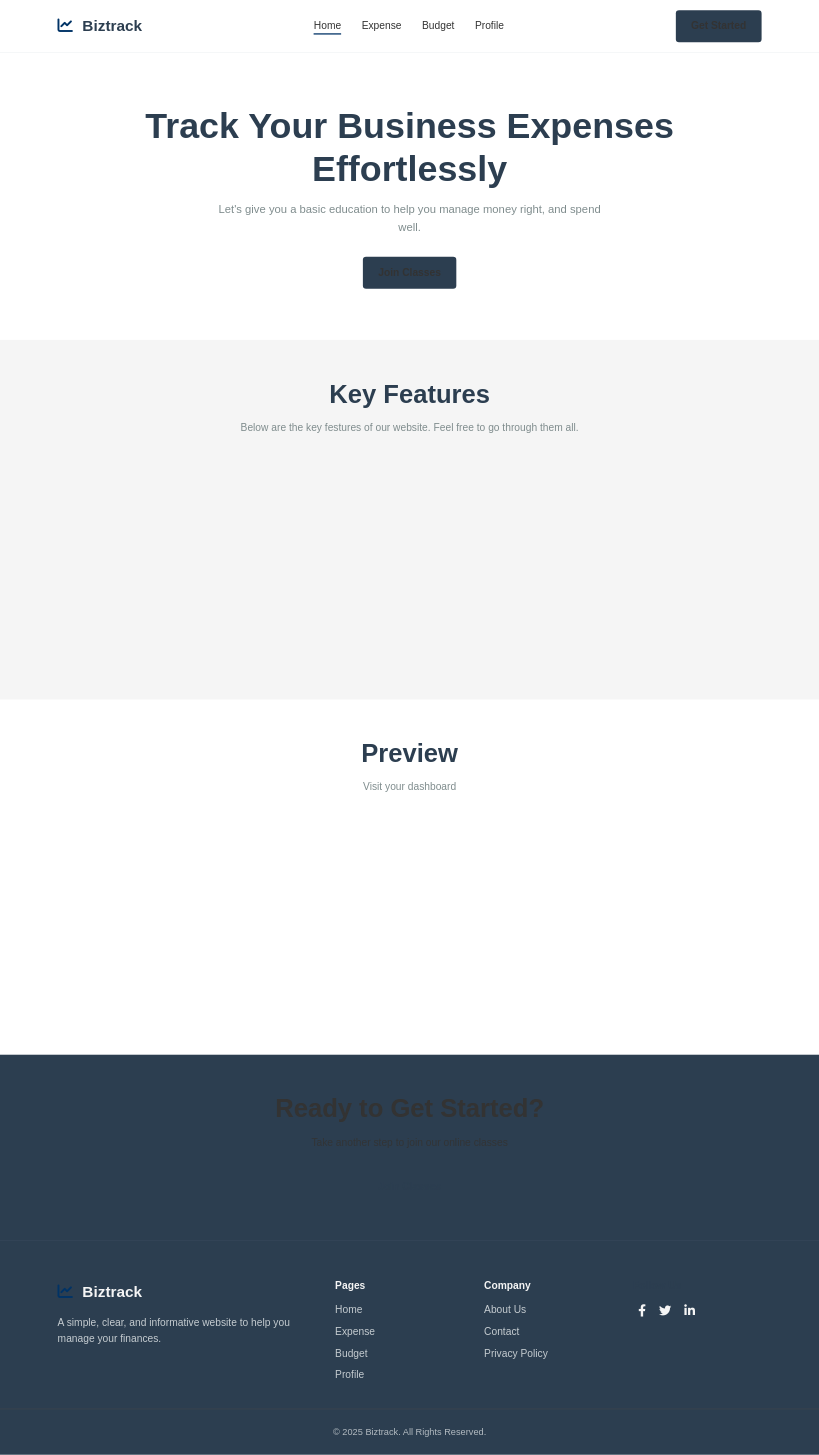
Repository: JoyUdoh106/wdd131
Page: project/index.html
These files come from the project's save history. The page is drawn as it stood at one moment and after a run of saves; the edit follows.
The browser window is 1280 px wide. The pictures show the whole page, at 64% of full size.

Above is the page before, as saved 2025-08-10 19:22:50.
Console error: TypeError: Cannot set properties of null (setting 'textContent')

### project/index.html
<!DOCTYPE html>
<html lang="en">
<head>
    <meta charset="UTF-8">
    <meta name="viewport" content="width=device-width, initial-scale=1.0">
    <title>BIZTRACK - Track Expense and Budget - HOME PAGE</title>
    <meta name="description" content="An informational website on tracking expenses and making budgets - Home page">
    <meta name="author" content="Joy Paulinus Udoh">

    <link rel="stylesheet" href="styles/project.css">
    <script src="scripts/project.js" defer></script>
    <link rel="stylesheet" href="styles/project-large.css">
    <link rel="stylesheet" href="https://cdnjs.cloudflare.com/ajax/libs/font-awesome/6.4.0/css/all.min.css">

    <link rel="preconnect" href="https://fonts.googleapis.com">
    <link rel="preconnect" href="https://fonts.gstatic.com" crossorigin>
    <link href="https://fonts.googleapis.com/css2?family=Merriweather:wght@300;400&family=Roboto:ital,wght@0,100..900;1,100..900&display=swap" rel="stylesheet">
</head>
<body>
    <header>
        <div class="container header-container">
            <a href="index.html" class="logo"><i class="fas fa-chart-line"></i> Biztrack</a>
            <nav class="main-nav">
                <ul class="nav-links">
                    <li><a href="index.html" class="nav-link active">Home</a></li>
                    <li><a href="expense.html" class="nav-link">Expense</a></li>
                    <li><a href="budget.html" class="nav-link">Budget</a></li>
                    <li><a href="profile.html" class="nav-link">Profile</a></li>
                </ul>
            </nav>
            <a href="#" class="btn btn-primary get-started-btn">Get Started</a>
            <button class="nav-toggle" id="nav-toggle-btn">
                <i class="fas fa-bars"></i>
            </button>
        </div>
    </header>

    <div class="mobile-nav" id="mobile-nav-menu">
        <a href="index.html" class="nav-link active">Home</a>
        <a href="expense.html" class="nav-link">Expense</a>
        <a href="budget.html" class="nav-link">Budget</a>
        <a href="profile.html" class="nav-link">Profile</a>
    </div>

    <main>
        <section class="hero-section">
            <div class="container">
                <h1>Track Your Business Expenses Effortlessly</h1>
                <p>Let's give you a basic education to help you manage money right, and spend well.</p>
                <a href="#" class="btn btn-primary">Join Classes</a>
            </div>
        </section>

        <section class="features-section">
            <div class="container">
                <h2>Key Features</h2>
                <p>Below are the key festures of our website. Feel free to go through them all.</p>
                <div class="features-grid">
                    <div class="feature-card reveal">
                        <i class="fas fa-file-invoice-dollar icon"></i>
                        <h3>Expense Tracking</h3>
                        <p>Learn how to track your expenses, and how you spend money daily, weekly and monthly.</p>
                    </div>
                    <div class="feature-card reveal">
                        <i class="fas fa-wallet icon"></i>
                        <h3>Budget Management</h3>
                        <p>Learn how to set up a budget, types of budget, and common mistakes to avoid while making a budget</p>
                    </div>
                    <div class="feature-card reveal">
                        <i class="fas fa-chart-pie icon"></i>
                        <h3>Analytics Dashboard</h3>
                        <p>Check out the profile page.</p>
                    </div>
                    <div class="feature-card reveal">
                        <i class="fas fa-file-alt icon"></i>
                        <h3>Report Generation</h3>
                        <p>Watch your progress.</p>
                    </div>
                </div>
            </div>
        </section>

        <section class="preview-section">
            <div class="container">
                <h2>Preview</h2>
                <p>Visit your dashboard</p>
                <div class="dashboard-preview reveal">
                    <i class="fas fa-desktop"></i>
                    <p>Dashboard Preview</p>
                </div>
            </div>
        </section>

        <section class="cta-section">
            <div class="container">
                <h2>Ready to Get Started?</h2>
                <p>Take another step to join our online classes</p>
                <a href="#" class="btn btn-light">Join Classes</a>
            </div>
        </section>
    </main>
     <footer>
        <div class="container footer-container">
            <div class="footer-about">
                <a href="index.html" class="logo"><i class="fas fa-chart-line"></i> Biztrack</a>
                <p>A simple, clear, and informative website to help you manage your finances.</p>
            </div>
            <div class="footer-links">
                <h4>Pages</h4>
                <ul>
                    <li><a href="index.html">Home</a></li>
                    <li><a href="expense.html">Expense</a></li>
                    <li><a href="budget.html">Budget</a></li>
                    <li><a href="profile.html">Profile</a></li>
                </ul>
            </div>
            <div class="footer-links">
                <h4>Company</h4>
                <ul>
                    <li><a href="#">About Us</a></li>
                    <li><a href="#">Contact</a></li>
                    <li><a href="#">Privacy Policy</a></li>
                </ul>
            </div>
            <div class="footer-social">
                <h4>Follow Us</h4>
                <div class="social-icons">
                    <a href="https://facebook.com/joypaulinusudoh"><i class="fab fa-facebook-f"></i></a>
                    <a href="https://twitter.com"><i class="fab fa-twitter"></i></a>
                    <a href="https://linkedin.com/in/joypaulinusudoh"><i class="fab fa-linkedin-in"></i></a>
                </div>
            </div>
        </div>
        <div class="footer-bottom">
            <p>&copy; 2025 Biztrack. All Rights Reserved.</p>
        </div>
    </footer>

    <nav class="mobile-bottom-nav">
        <a href="index.html" class="bottom-nav-link active">
            <i class="fas fa-home"></i>
            <span>Home</span>
        </a>
        <a href="expense.html" class="bottom-nav-link">
            <i class="fas fa-file-invoice-dollar"></i>
            <span>Expense</span>
        </a>
        <a href="budget.html" class="bottom-nav-link">
            <i class="fas fa-wallet"></i>
            <span>Budget</span>
        </a>
        <a href="profile.html" class="bottom-nav-link">
            <i class="fas fa-user"></i>
            <span>Profile</span>
        </a>
    </nav>

</body>
</html>

### project/styles/project.css
/* --- General Setup & Variables --- */
:root {
    --primary-color: #003366;
    --dark-color: #2c3e50;
    --light-color: #;
    --text-color: #333333;
    --bg-color: #f5f5f5;
    --grey-color: #7f8c8d;
    --border-color: #ecf0f1;
}

* {
    margin: 0;
    padding: 0;
    box-sizing: border-box;
}

body {
    font-family: 'Poppins', sans-serif;
    color: var(--text-color);
    background-color: var(--light-color);
    line-height: 1.6;
}

.container {
    width: 90%;
    max-width: 1100px;
    margin: 0 auto;
}

a {
    text-decoration: none;
    color: var(--primary-color);
}

ul {
    list-style-type: none;
}

h1, h2, h3, h4 {
    color: var(--dark-color);
    line-height: 1.2;
    margin-bottom: 1rem;
}

h1 { font-size: 2.5rem; }
h2 { font-size: 2rem; }

section {
    padding: 60px 0;
}

.btn {
    display: inline-block;
    padding: 12px 24px;
    border-radius: 5px;
    font-weight: 600;
    transition: background-color 0.3s ease, color 0.3s ease;
    border: none;
    cursor: pointer;
}

.btn-primary {
    background-color: var(--dark-color);
    color: var(--light-color);
}

.btn-primary:hover {
    background-color: #495a6c;
}

.btn-light {
    background-color: var(--light-color);
    color: var(--dark-color);
}
.btn-light:hover {
    background-color: var(--border-color);
}

header {
    background-color: var(--light-color);
    border-bottom: 1px solid var(--border-color);
    padding: 1rem 0;
    position: sticky;
    top: 0;
    z-index: 1000;
}

.header-container {
    display: flex;
    justify-content: space-between;
    align-items: center;
}

.logo {
    font-size: 1.5rem;
    font-weight: 700;
    color: var(--dark-color);
}
.logo i {
    margin-right: 8px;
    color: var(--primary-color);
}

.main-nav { display: none; }
.nav-toggle {
    background: none;
    border: none;
    font-size: 1.5rem;
    color: var(--dark-color);
    cursor: pointer;
}
.get-started-btn { display: none; }

.mobile-nav {
    display: none;
    flex-direction: column;
    background-color: var(--light-color);
    position: fixed;
    top: 65px;
    left: 0;
    width: 100%;
    padding: 1rem 0;
    border-bottom: 1px solid var(--border-color);
    z-index: 999;
}
.mobile-nav.open {
    display: flex;
}
.mobile-nav a {
    padding: 1rem 5%;
    color: var(--dark-color);
    font-weight: 500;
}
.mobile-nav a.active {
    color: var(--primary-color);
    font-weight: 700;
}

.hero-section {
    background-color: var(--light-color);
    text-align: center;
    padding: 80px 0;
}
.hero-section h1 {
    font-size: 2.2rem;
}
.hero-section p {
    max-width: 600px;
    margin: 1rem auto 2rem;
    font-size: 1.1rem;
    color: var(--grey-color);
}

.features-section {
    background-color: var(--bg-color);
    text-align: center;
}
.features-section > .container > p {
    max-width: 600px;
    margin: 0 auto 3rem;
    color: var(--grey-color);
}
.features-grid {
    display: grid;
    grid-template-columns: 1fr;
    gap: 2rem;
}
.feature-card {
    background-color: var(--light-color);
    padding: 2rem;
    border: 1px solid var(--border-color);
    border-radius: 8px;
    text-align: left;
    transition: transform 0.3s ease, box-shadow 0.3s ease;
}
.feature-card:hover {
    transform: translateY(-5px);
    box-shadow: 0 10px 20px rgba(0,0,0,0.05);
}
.feature-card .icon {
    font-size: 2rem;
    color: var(--primary-color);
    background-color: #eaf2fb;
    padding: 1rem;
    border-radius: 50%;
    margin-bottom: 1rem;
    display: inline-block;
}
.feature-card h3 {
    margin-bottom: 0.5rem;
}

.preview-section {
    text-align: center;
}
.preview-section p {
     max-width: 600px;
    margin: 0 auto 3rem;
    color: var(--grey-color);
}
.dashboard-preview {
    background-color: #e9ecef;
    border-radius: 8px;
    padding: 80px 20px;
    display: flex;
    flex-direction: column;
    justify-content: center;
    align-items: center;
    color: var(--grey-color);
}
.dashboard-preview i {
    font-size: 3rem;
    margin-bottom: 1rem;
}

.cta-section {
    background-color: var(--dark-color);
    color: var(--light-color);
    text-align: center;
}
.cta-section h2 { color: var(--light-color); }
.cta-section p {
    margin-bottom: 2rem;
    opacity: 0.9;
}

footer {
    background-color: var(--dark-color);
    color: var(--bg-color);
    padding-top: 60px;
}
.footer-container {
    display: grid;
    grid-template-columns: 1fr;
    gap: 2rem;
    text-align: center;
}
.footer-about .logo { color: var(--light-color); }
.footer-about p {
    margin-top: 1rem;
    color: var(--border-color);
    opacity: 0.8;
}
.footer-links h4 {
    color: var(--light-color);
    margin-bottom: 1rem;
}
.footer-links ul li {
    margin-bottom: 0.5rem;
}
.footer-links a {
    color: var(--border-color);
    opacity: 0.8;
    transition: opacity 0.3s ease;
}
.footer-links a:hover {
    opacity: 1;
}
.social-icons a {
    color: var(--light-color);
    font-size: 1.2rem;
    margin: 0 0.5rem;
    transition: color 0.3s ease;
}
.social-icons a:hover { color: var(--primary-color); }
.footer-bottom {
    text-align: center;
    padding: 1.5rem 0;
    margin-top: 2rem;
    border-top: 1px solid #4a4a4a;
    font-size: 0.9rem;
    color: var(--border-color);
    opacity: 0.7;
}

.mobile-bottom-nav {
    position: fixed;
    bottom: 0;
    left: 0;
    width: 100%;
    background-color: var(--light-color);
    border-top: 1px solid var(--border-color);
    display: flex;
    justify-content: space-around;
    padding: 0.5rem 0;
    z-index: 1000;
}
.bottom-nav-link {
    display: flex;
    flex-direction: column;
    align-items: center;
    color: var(--grey-color);
    font-size: 0.75rem;
}
.bottom-nav-link i {
    font-size: 1.2rem;
    margin-bottom: 4px;
}
.bottom-nav-link.active {
    color: var(--primary-color);
}

body {
    padding-bottom: 70px;
}

.content-page {
    padding: 60px 0;
}
.content-page h1 {
    text-align: center;
}
.content-page .subtitle {
    text-align: center;
    font-size: 1.1rem;
    color: var(--grey-color);
    margin-bottom: 3rem;
}
.content-article {
    margin-bottom: 2.5rem;
    background: #fff;
    padding: 2rem;
    border: 1px solid var(--border-color);
    border-radius: 8px;
}
.content-article ul {
    list-style-type: disc;
    padding-left: 20px;
}
.content-article ul li {
    margin-bottom: 0.5rem;
}
.sample-data {
    background-color: var(--bg-color);
    border-left: 4px solid var(--primary-color);
    padding: 1rem;
    margin-top: 1rem;
    border-radius: 4px;
}


/* --- JavaScript Helper Classes --- */
.reveal {
    opacity: 0;
    transform: translateY(20px);
    transition: opacity 0.6s ease-out, transform 0.6s ease-out;
}
.reveal.visible {
    opacity: 1;
    transform: translateY(0);
}

### project/scripts/project.js
document.addEventListener('DOMContentLoaded', () => {

    const currentYearSpan = document.getElementById('current-year');
    const currentYear = new Date().getFullYear();
    currentYearSpan.textContent = currentYear;

    const lastModifiedSpan = document.getElementById('last-modified');
    const lastModified = document.lastModified;
    lastModifiedSpan.textContent = lastModified;

    const menuButton = document.getElementById('menu-button');
    const nav = document.querySelector('nav');

    menuButton.addEventListener('click', () => {
        nav.classList.toggle('open');
        if (nav.classList.contains('open')) {
            menuButton.textContent = 'X';
        } else {
            menuButton.textContent = '☰';
        }
    });

});

### project/styles/project-large.css
@media (min-width: 768px) {
    h1 { font-size: 3rem; }
    h2 { font-size: 2.5rem; }

    .nav-toggle, .mobile-nav, .mobile-bottom-nav {
        display: none;
    }
    body { padding-bottom: 0; }

    .main-nav {
        display: block;
    }
    .nav-links {
        display: flex;
        gap: 2rem;
        align-items: center;
    }
    .nav-link {
        color: var(--text-color);
        font-weight: 500;
        position: relative;
    }
    .nav-link::after {
        content: '';
        position: absolute;
        width: 0;
        height: 2px;
        bottom: -5px;
        left: 0;
        background-color: var(--primary-color);
        transition: width 0.3s;
    }
    .nav-link:hover::after, .nav-link.active::after {
        width: 100%;
    }
    .get-started-btn { display: inline-block; }
    .hero-section h1 { font-size: 3.5rem; }

    .features-grid {
        grid-template-columns: repeat(2, 1fr);
    }

    .footer-container {
        grid-template-columns: 2fr 1fr 1fr 1fr;
        text-align: left;
    }
}

@media (min-width: 992px) {
    .features-grid {
        grid-template-columns: repeat(4, 1fr);
    }
}

After the next 3 saves:
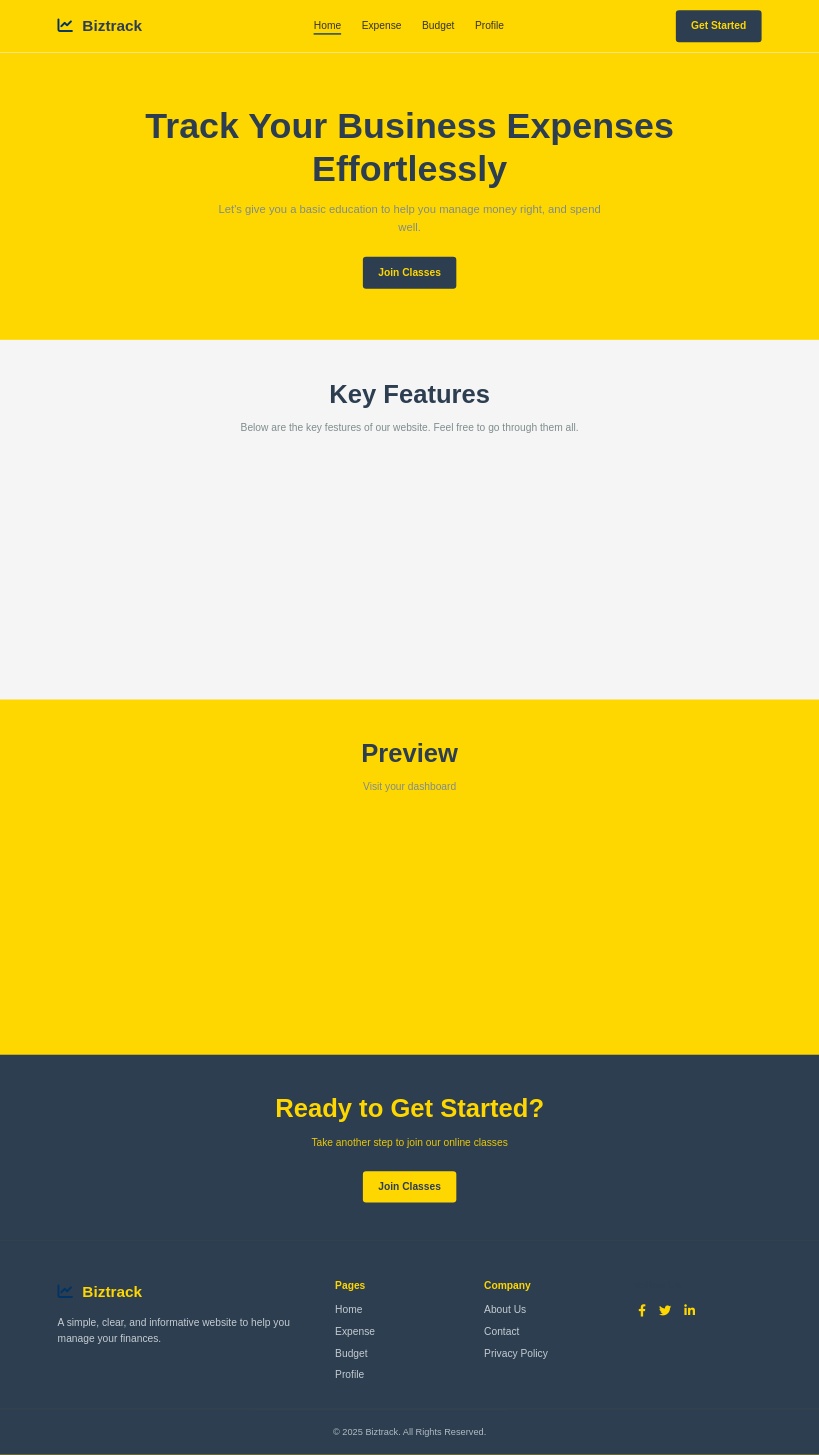
The 3 saves are shown as one change because they came seconds apart.
The last was saved 9 s later.
--- a/project/styles/project.css
+++ b/project/styles/project.css
@@ -2,7 +2,7 @@
 :root {
     --primary-color: #003366;
     --dark-color: #2c3e50;
-    --light-color: #;
+    --light-color: #ffd700;
     --text-color: #333333;
     --bg-color: #f5f5f5;
     --grey-color: #7f8c8d;
